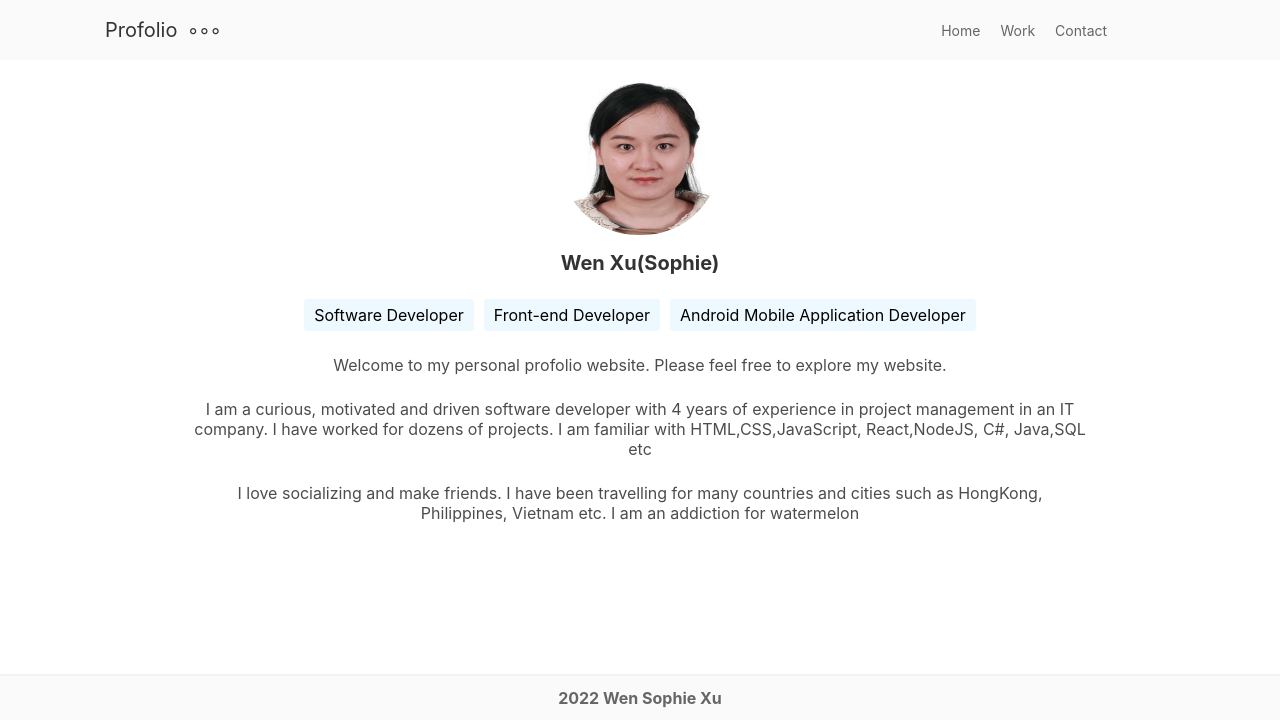
Repository: wenxi0504/myResume_app
Page: /
An editor plug-in stored every save of this project. The page is shown before and after the next save, followed by the edit.
The browser window is 1280 px wide. The pictures show the whole page.
The project was rebuilt for these pictures with package versions that can differ from the ones it lists, and the page was loaded fresh each time. Also part of the build but not shown: src/pages/WorkPage/index.js, src/pages/WorkPageDetail/index.js, src/pages/Contact/index.js.

Above is the page before, as saved 2022-01-03 15:50:49.

### src/index.js
import React from 'react';
import ReactDOM from 'react-dom';
import './index.css';
import App from './pages/App';
import reportWebVitals from './reportWebVitals';
import { BrowserRouter as Router} from 'react-router-dom'



ReactDOM.render(
  <Router>
    <App />
  </Router>,
  document.getElementById('root')
);

// If you want to start measuring performance in your app, pass a function
// to log results (for example: reportWebVitals(console.log))
// or send to an analytics endpoint. Learn more: https://bit.ly/CRA-vitals
reportWebVitals();

### src/index.css
body {
  margin: 0;
  padding: 0;
  font-family: -apple-system, BlinkMacSystemFont, "Segoe UI", "Roboto", "Oxygen",
    "Ubuntu", "Cantarell", "Fira Sans", "Droid Sans", "Helvetica Neue",
    sans-serif;
  -webkit-font-smoothing: antialiased;
  -moz-osx-font-smoothing: grayscale;
}

code {
  font-family: source-code-pro, Menlo, Monaco, Consolas, "Courier New",
    monospace;
}


body, h1, h2, h3, h4, h5, h6, hr, p, blockquote, dl, dt, dd, ul, ol, li, pre, form, fieldset, legend, button, input, textarea, th, td {
  margin:0; padding:0;
}
body, button, input, select, textarea {
  font:12px/1.5tahoma, arial, \5b8b\4f53;
}
h1, h2, h3, h4, h5, h6{
  font-size:100%;
  color:rgb(51, 51, 51);
}
address, cite, dfn, em, var {
  font-style:normal;
}
code, kbd, pre, samp {
  font-family:couriernew, courier, monospace;
}
small{
  font-size:12px;
}
ul, ol {
  list-style:none;
}
a {
  text-decoration:none;
}

sup {
  vertical-align:text-top;
}
sub{
  vertical-align:text-bottom;
}
legend {
  color:#000;
}
fieldset, img {
  border:0;
}
button, input, select, textarea {
  font-size:100%;
}
table {
  border-collapse:collapse; border-spacing:0;
}


html,body,#root{
   width: 100%;
   height: 100%;
}

code {
  font-family: source-code-pro, Menlo, Monaco, Consolas, "Courier New",
    monospace;
}

### src/pages/App.js
import logo from './logo.svg';
import styles from './App.module.scss';
import{Link,Routes,Route} from 'react-router-dom'
import HomePage from './HomePage'
import WorkPage from './WorkPage'
import WorkPageDetail from './WorkPageDetail'
import Contact from './Contact'
function App() {
  //get value of location

  return (

    <div className={styles.App}>
     <header className={styles.header} >
     <div className={styles.box}>
               <Link to="/">
                 <div className={styles.boxleft}>Profolio</div>
                 </Link>
               <div className={styles.boxright}>
                  <Link to="/"><p >Home</p></Link>
                  <Link to="/works"><p >Work</p></Link>
                  <Link to="/contact"><p >Contact</p></Link>
               </div>
            </div>
     </header>

       <section className={styles.content}>
         <div>
         < Routes>
         <Route path="/" exact element={ <HomePage/> }/>
           <Route path="/works" exact element={ <WorkPage/>} />
           <Route path="/works/:id" exact element={ <WorkPageDetail/> } />
           <Route path="/contact" exact element={ <Contact/> } />
         </Routes>
         </div>





     </section>



      <footer className={styles.footer} >
     <p><b>2022 Wen Sophie Xu</b></p>

     </footer>



    </div>
  );
}

export default App;

### src/pages/App.module.scss

.App {
  display: flex;
  min-height: 100vh;
  flex-direction: column;
  .content{
     flex: 1;
     text-align: center;
  }
  .header{
    background-color: rgb(250, 250, 250);
    height: 60px;
    .selected{
      color: #333!important;
      padding-bottom: 5px;
      border-bottom: 1.5px solid #333;
    }
    .box{
      width: 70%;
      height: 100%;


      display: flex;
      align-items: center;
      justify-content: space-between;
      a:hover {
        text-decoration:none;
      }
      .boxleft{
        font-size: 20px;
        color: rgb(51, 51, 51);
        padding: 0px 5px 0px 100px;
        margin: 0px 5px ;
      }
      .boxleft::after {
        content: "◦◦◦";
        margin-left: 0.5em;
      }

      .boxright{
        display: inline-flex;
        justify-content: flex-start;
        padding: 0px 5px 0px 100px;
        margin: 0px 5px 0px 600px;
        p{
          margin: 0px 10px;
          font-size: 14px;
          color: rgb(102, 102, 102);

        }
      }
      div{
        cursor: pointer;
      }
    }
  }
  .footer{
    text-align: center;
    padding: 10px 0px;
    color: rgb(102, 102, 102);
    background: #fafafa;
    border-top: 2px solid #f2f2f2;
    p{
      padding: 2px 0px;
    }
  }
}

### src/pages/HomePage/index.js
// eslint-disable-next-line no-unused-vars
import React, { Component } from 'react';
import styles from'./home.module.scss'

// eslint-disable-next-line import/no-anonymous-default-export
export default () => {
    return <div className={styles.wrap}>
        {/* Personal Info*/}
       <section className={styles.brief}>
       <img src={require("../../assets/images/wenxuReact1.jpg") }/>
       <h2>Wen Xu(Sophie)</h2>
       <ul>
          <li>Software Developer</li>
          <li>Front-end Developer</li>
          <li>Android Mobile Application Developer</li>
       </ul>
       <p>Welcome to my personal profolio website. Please feel free to explore my website.</p>
       <p>I am a curious, motivated and driven software developer with 4 years of experience in project management in an IT company. I have worked for dozens of projects. I am familiar with HTML,CSS,JavaScript, React,NodeJS, C#, Java,SQL etc </p>
       <p>I love socializing and make friends. I have been travelling for many countries and cities such as HongKong, Philippines, Vietnam etc. I am an addiction for watermelon </p>
       </section>





        </div>
}

### src/pages/HomePage/home.module.scss

    .wrap{
        flex: 1;
        width: 70%;
        margin: 0px auto;
        .brief{
           text-align: center;
           h2{
             padding: 12px 0px;
             font-size: 20px;
           }
           img{
              width: 160px;
              height: 155px;
              border-radius: 120px;
              margin-top: 20px;
           }
           ul{
            display: flex;
            justify-content: center;
             li{
                padding: 6px 10px;
                background: rgba(87, 199, 255, 0.1);
                margin: 12px 5px;
                border-radius: 3px;
             }
           }
           p{
            padding: 12px 0px;
            color: rgba(0, 0, 0, 0.7);
          }
        }

    }

Loaded but not shown: public/index.html (common file); src/reportWebVitals.js (common file)

After the next save:
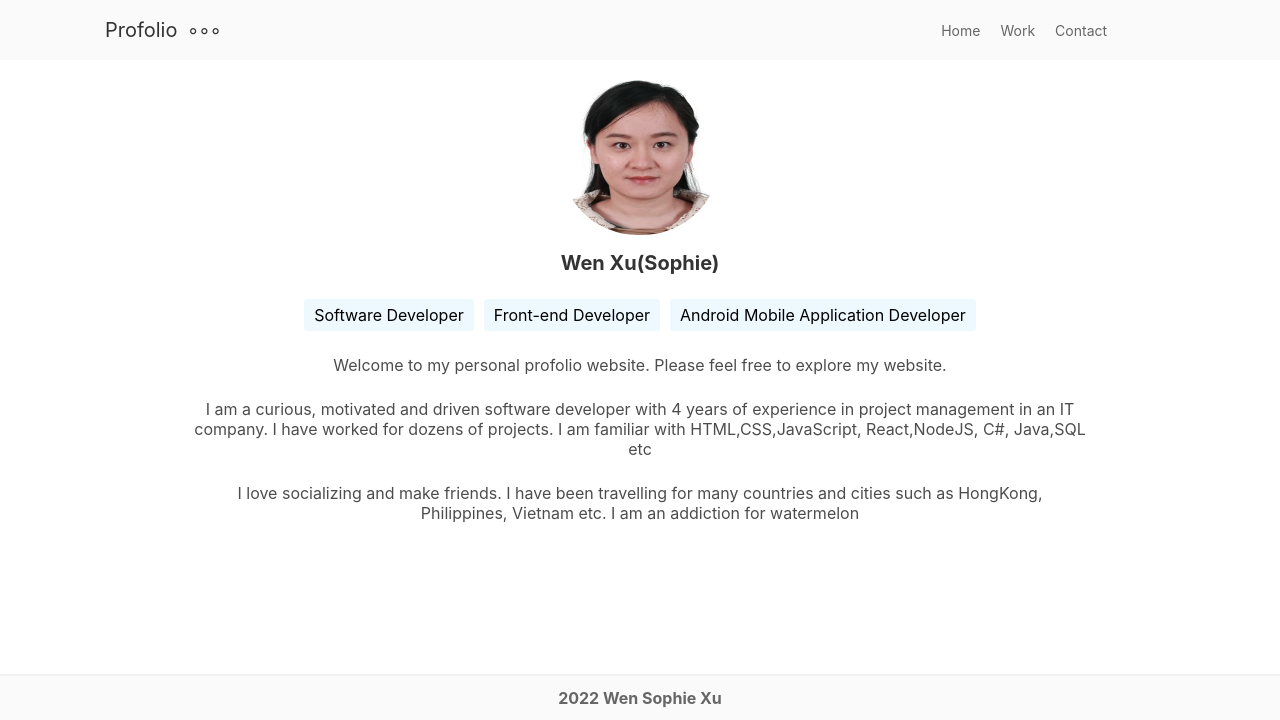
Saved 9 s later.
--- a/src/pages/HomePage/index.js
+++ b/src/pages/HomePage/index.js
@@ -7,7 +7,7 @@ export default () => {
     return <div className={styles.wrap}>
         {/* Personal Info*/}
        <section className={styles.brief}>
-       <img src={require("../../assets/images/wenxuReact1.jpg") }/>
+       <img src={require("../../assets/images/wenxuReact2.jpg") }/>
        <h2>Wen Xu(Sophie)</h2>
        <ul>
           <li>Software Developer</li>
